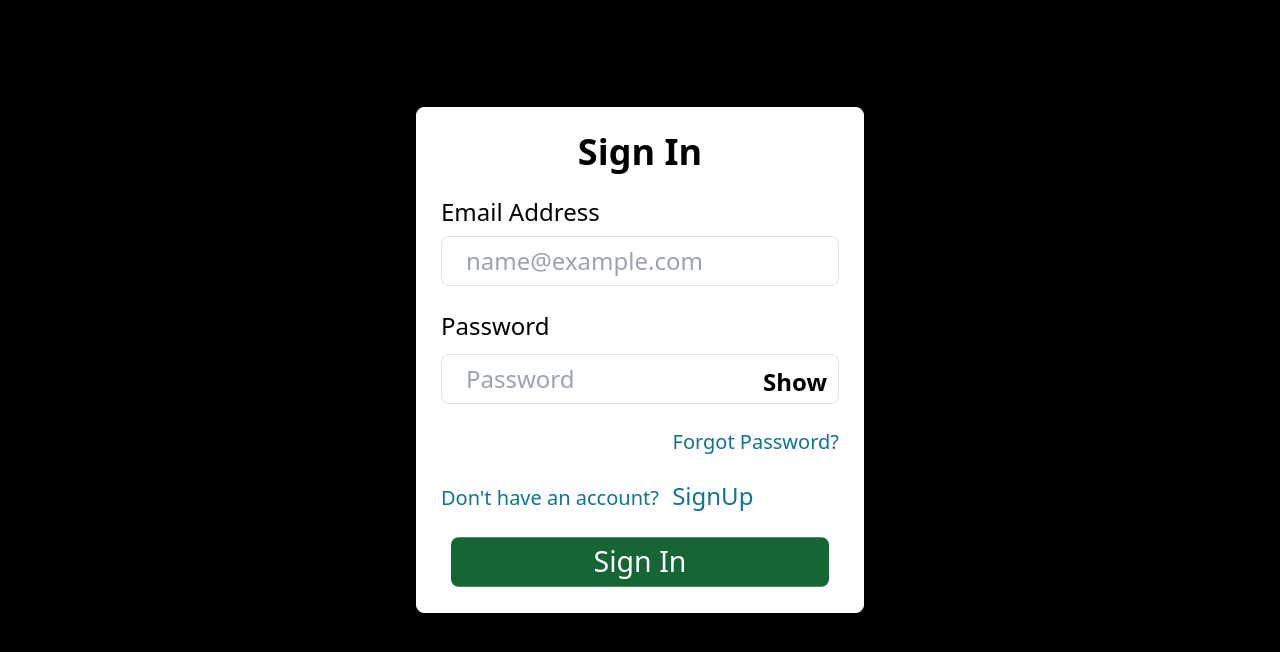
Repository: sayyad-mukthumsa-123/Movie-Verse
Page: /login (app in frontend/)
An editor plug-in stored every save of this project. The page is shown before and after the next save, followed by the edit.
The browser window is 1280 px wide. The pictures show the whole page.
The page's requests for data from a server got no answer. The project was rebuilt for these pictures with package versions that can differ from the ones it lists, and the page was loaded fresh each time. No one was signed in, and anything a server would have sent is missing. Also part of the build but not shown: frontend/src/pages/Welcome.jsx, frontend/src/components/Logout.jsx, frontend/src/components/Navbar.jsx, frontend/src/components/Cards.jsx, frontend/src/pages/Home.jsx, frontend/src/components/AvatarSelection.jsx, frontend/src/pages/SignUp.jsx, frontend/src/pages/MovieRecommendations.jsx and 17 more.

Above is the page before, as saved 2025-02-18 22:34:48.

After the next save:
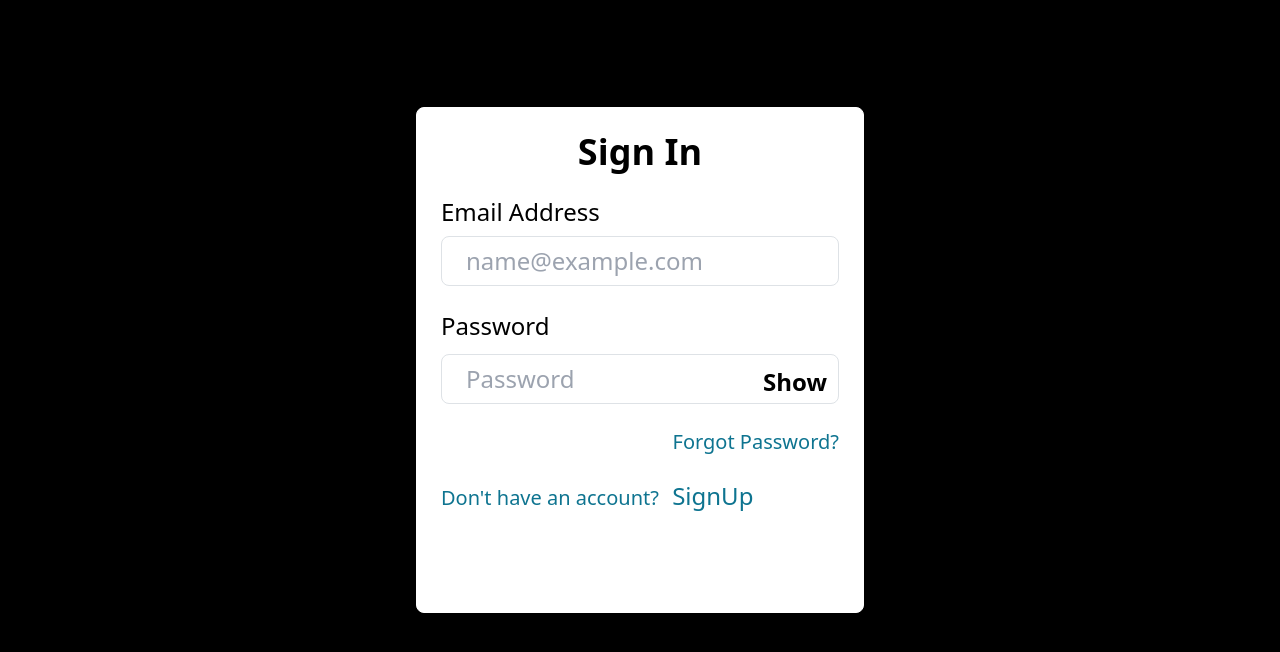
Saved 17 s later.
--- a/frontend/src/pages/SignIn.jsx
+++ b/frontend/src/pages/SignIn.jsx
@@ -124,7 +124,7 @@
           </div>
           <button
             type="submit"
-            className="w-full scale-95 bg-green-800 text-3xl text-white py-2 px-4 rounded-lg hover:bg-green-700 focus:outline-none hover:scale-100 transition-transform"
+            className="w-full scale-95 bg-white text-3xl text-white py-2 px-4 rounded-lg hover:bg-green-700 focus:outline-none hover:scale-100 transition-transform"
           >
             Sign In
           </button>
